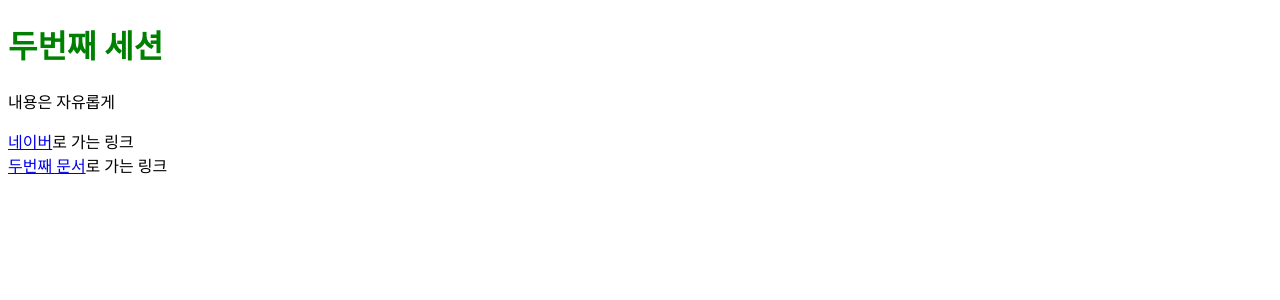
Repository: 90GSCHOI/LIKELION
Page: 0613test.html
The author's editor kept a record of every edit. The page is drawn from the files as they stood at one moment, then again after the next edit.
The browser window is 1280 px wide. The pictures show the whole page.

Above is the page before.

After the next edit:
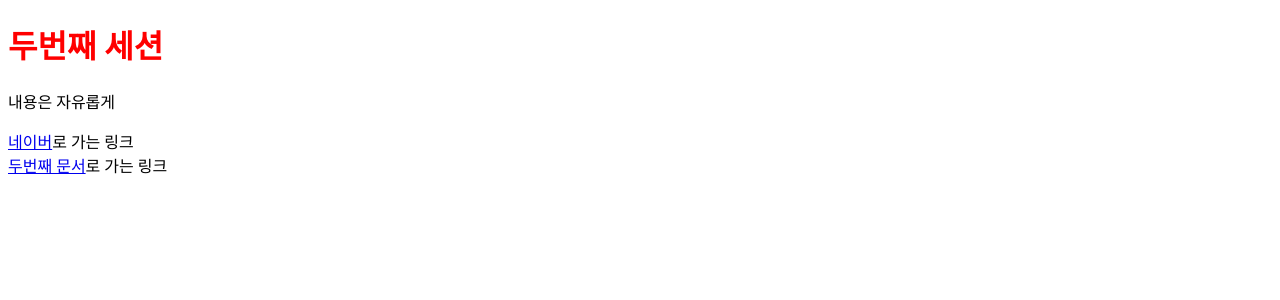
The edit:
--- a/0613test.html
+++ b/0613test.html
@@ -12,7 +12,7 @@
     </style>
 </head>
 <body>
-    <h1 style="color:green"> 두번째 세션 </h1>
+    <h1> 두번째 세션 </h1>
     <p> 내용은 자유롭게</p>
     <!--<form method="get">-->
     <!--<input type="text" name="like" />-->
